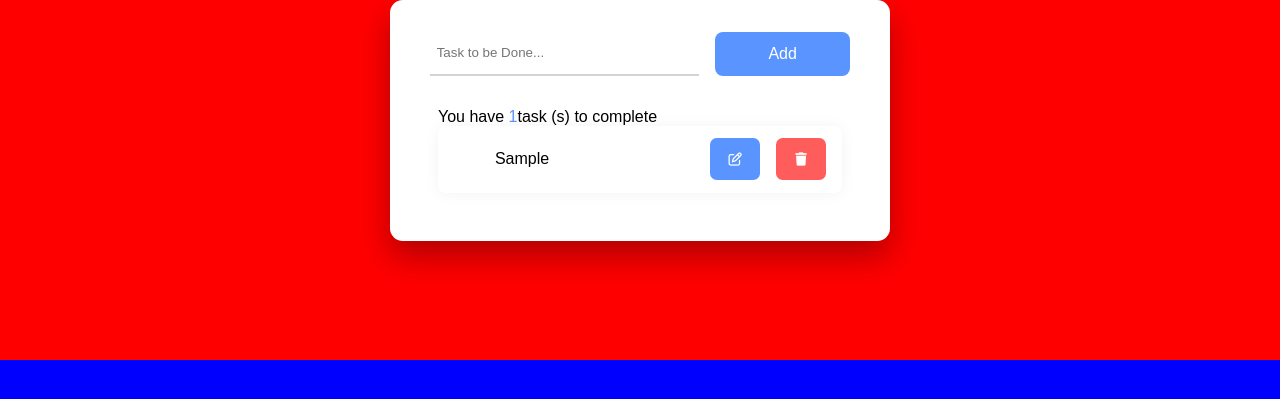
Repository: JunaidAnsari202/Todo-List
Page: index.html
These files come from the project's save history. The page is drawn as it stood at one moment and after the next save; the edit follows.
The browser window is 1280 px wide. The pictures show the whole page.
Empty fields were first filled with sample values (such as "Sample", 5 or name@example.com).
After loading, the first visible `#add-btn` was clicked once.
Some web libraries are served in a nearby version.

Above is the page before, as saved 2023-10-30 22:46:05.

### index.html
<!DOCTYPE html>
<html lang="en">
<head>
    <meta charset="UTF-8">
    <meta name="viewport" content="width=device-width, initial-scale=1.0">
    <title>Document</title>
    <!-- <link rel="shttps://cdnjs.cloudflare.com/ajax/libs/font-awesome/6.4.2/css/all.min.csstylesheet" href=""> -->
    <script src="https://kit.fontawesome.com/78ad4c4e48.js" crossorigin="anonymous"></script>
    <link rel="stylesheet" href="style.css">
</head>
<body>
    <div class="app">
        <div class="container">
            <div id="wrapper">
                <input type="text" placeholder="Task to be Done...">
                <button id="add-btn">Add</button>
            </div>
            <div id="tasks">
                <p id="pending-tasks">You have <span class="count-value">0 </span>task (s) to complete</p>
            </div>
        </div>
        <div id="error">Input cannot be empty</div>
    </div>

    <script src="script.js"></script>
</body>
</html>

### style.css
*{
    margin: 0;
    padding: 0;
    box-sizing: border-box;
}

body{
    height: 100vh;
    background: linear-gradient(red 50%,blue 50%);
}

.app{
    font-family: "poppins", sans-serif;
    position: absolute;
    width: min(95vw , 31.25em);
    margin: auto;
    left: 0;
    right: 0;
}

.container{
    padding: 2em 2.5em;
    background-color: #fff;
    box-shadow: 0 1em 2em rgba(0,0,0,0.3);
    border-radius: 0.8em;

}

#wrapper{
    position: relative;
    display: grid;
    grid-template-columns: 8fr 4fr;
    gap: 1em;
}

#wrapper input{
    width: 100%;
    background-color: transparent;
    color: #111111;
    font-size: 0.9;
    border:none;
    border-bottom: 2px solid #d1d3d4;
    padding: 1em 0.5em;

}

#wrapper input:focus{
    outline: none;
    border-color: #5a95ff;
}

#wrapper button{
    position: relative;
    border-radius: 0.5em;
    font-weight: 500;
    font-size: 1em;
    background-color: #5a95ff;
    border: none;
    outline: none;
    color: #ffffff;
    cursor: pointer;
}
#tasks{
    margin-top: 1em;
    border-radius: 0.5em;
    width: 100%;
    position: relative;
    padding: 1em 0.5em;
}

.task{
    background-color: #ffffff;
    padding: 0.8em 1em;
    display: grid;
    grid-template-columns: 1fr 8fr 2fr 2fr;
    gap: 1em;
    border-radius: 0.5em;
    box-shadow:0 0.05em 1em rgba(0,0,0,0.05) ;
    align-items: center;
    cursor: pointer;
}

.task input[type="checkbox"]{
    position: relative;
    appearance: none;
    height: 20px;
    width: 20px;
    border-radius: 50%;
    border: 2px solid #elelel;
}

.task input[type="checkbox"]:before{
    content: "";
    position: absolute;
    transform: translate(-50%,-50%);
    top: 50%;
    left: 50%;

}

#error{
    text-align: center;
    background-color: #ffffff;
    color: #ff5c5c;
    margin-top: 1.5em;
    padding: 1em 0;
    border-radius: 0.8em;
    display: none;
}

.task input[type="checkbox"]:checked{
    background-color: #5a95ff;
    border-color: #5a95ff;
}

.task input[type="checkbox"]:checked:before{
    position: absolute;
    content: "\f00c";
    color: #ffffff;
    font-size: 0.8em;
    font-family: "font Awesome 5 free";
    font-weight: 900;

}

.task span{
    font: 0.9em;
    font-weight: 400;
    word-break: break-all;
}

.task button{
    color: #ffffff;
    width: 100%;
    padding: 1em 0;
    border-radius: 0.5em;
    border: none;
    cursor: pointer;
    outline: none;
}

.edit{
    background-color: #5a95ff;
}

.delete{
    background-color: #ff5c5c;
}

#pending-tasks span{
    color: #5a95ff;
}


.completed{
    text-decoration: line-through;
    color: #a0a0a0;
}

### script.js
let addBtn=document.querySelector("#add-btn");
let newTaskInput=document.querySelector("#wrapper input");
let taskContainer=document.querySelector("#tasks");
let error=document.getElementById("error");
let countValue=document.querySelector(".count-value");
let taskCount=0;

let displayCount=(taskCount)=>{
    countValue.innerText=taskCount;
};

let addTask=()=>{
    let taskName=newTaskInput.value.trim();
    error.style.display="none";
    if(!taskName){
        setTimeout(()=>{
            error.style.display="block";
        },200);
        return;
    }
    let task=`<div class="task">
    <input type="checkbox" class="task-check">
    <span class="taskName">${taskName}</span>

    <button class="edit">
    <i class="fa-regular fa-pen-to-square"></i>
    </button>

    <button class="delete">
    <i class="fa-solid fa-trash"></i>

    </button>
    </div>`;

    taskContainer.insertAdjacentHTML("beforeend",task);

    let deleteButtons=document.querySelectorAll(".delete");
    deleteButtons.forEach((button)=>{
        button.onclick=(e)=>{
        button.parentNode.removeChild();
        taskCount-=1;
        displayCount(taskCount);
        };
    });

    let editButtons=document.querySelectorAll(".edit");
    editButtons.forEach((editBtn)=>{
        editBtn.onclick=(e)=>{
        let targetElement=e.target;
        if(!(e.target.className=="edit")){
            targetElement=e.target.parentElement;
        }
        newTaskInput.value=targetElement.previousElementSibling?.innerText;
        targetElement.parentNode.remove();
        taskCount-=1;
        displayCount(taskCount);
    };

    });

 let tasksCheck=document.querySelectorAll(".task-check");
 tasksCheck.forEach((checkbox)=>{
    checkbox.onchange=()=>{
        checkbox.nextElementSibling.classList.toggle("completed");
        if(checkbox.checked){
            taskCount-=1;
        }
        else{
            taskCount+=1;
        }
        displayCount(taskCount);
    };
 });
 taskCount+=1;
 displayCount(taskCount);
 newTaskInput.value="";
};

addBtn.addEventListener("click",addTask);

window.onload=()=>{
    taskCount=0;
    displayCount(taskCount);
    newTaskInput.value="";
}

After the next save:
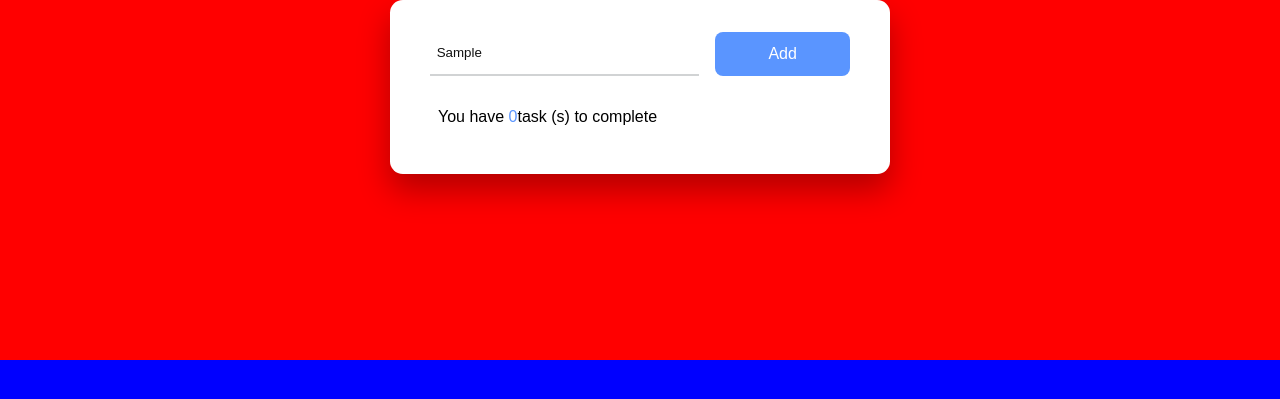
Console error: ReferenceError: tasksContainer is not defined
Saved 55 s later.
--- a/script.js
+++ b/script.js
@@ -32,7 +32,7 @@
     </button>
     </div>`;
 
-    taskContainer.insertAdjacentHTML("beforeend",task);
+    tasksContainer.insertAdjacentHTML("beforeend",task);
 
     let deleteButtons=document.querySelectorAll(".delete");
     deleteButtons.forEach((button)=>{

After the save that followed:
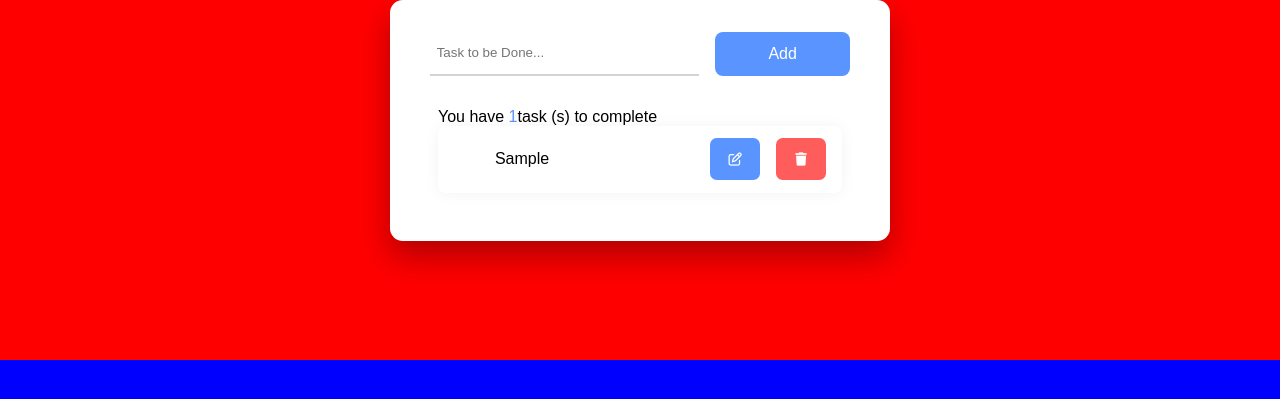
The error is gone.
Saved 5 s later.
--- a/script.js
+++ b/script.js
@@ -32,7 +32,7 @@
     </button>
     </div>`;
 
-    tasksContainer.insertAdjacentHTML("beforeend",task);
+    taskContainer.insertAdjacentHTML("beforeend",task);
 
     let deleteButtons=document.querySelectorAll(".delete");
     deleteButtons.forEach((button)=>{
